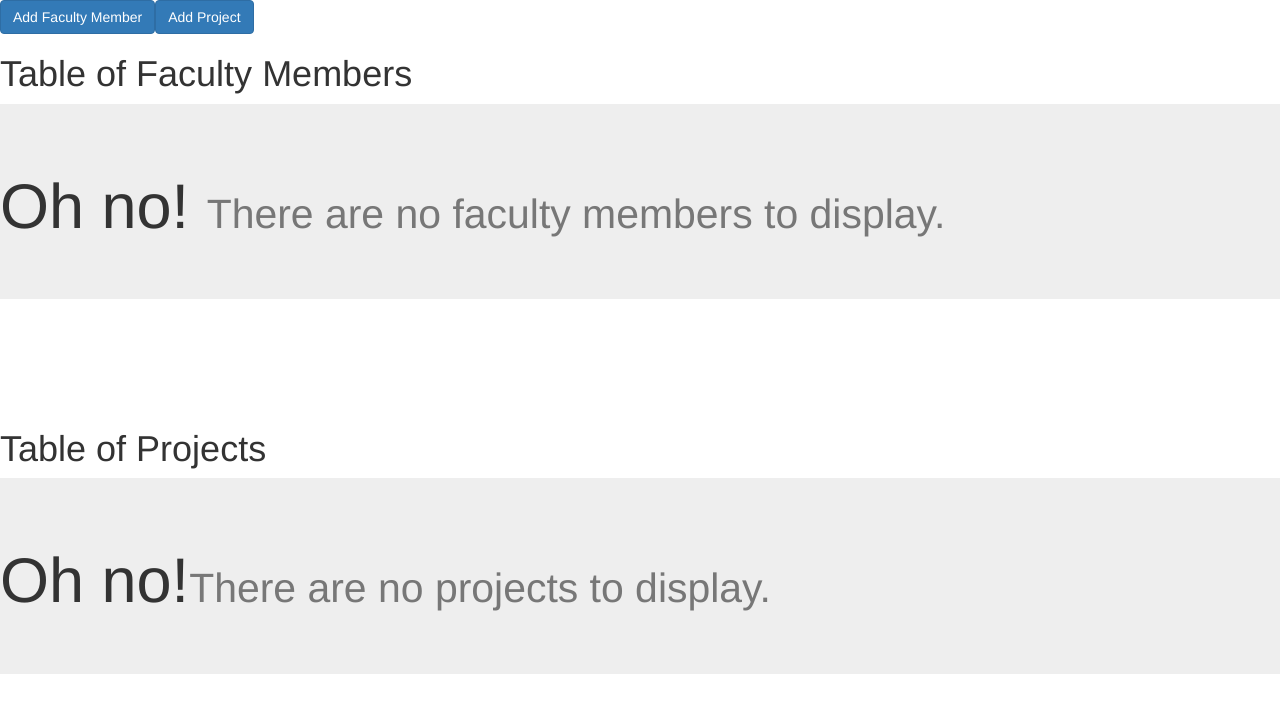
Repository: cpham19/DatabaseSite
Page: http://localhost/database/Table
These files come from the project's save history. The page is drawn as it stood at one moment and after the next save; the edit follows.
The browser window is 1280 px wide. The pictures show the whole page.
The page is served by Tomcat 9. Queries for data that is not in the repository find no rows.

Above is the page before, as saved 2017-07-30 04:44:06.

After the next save:
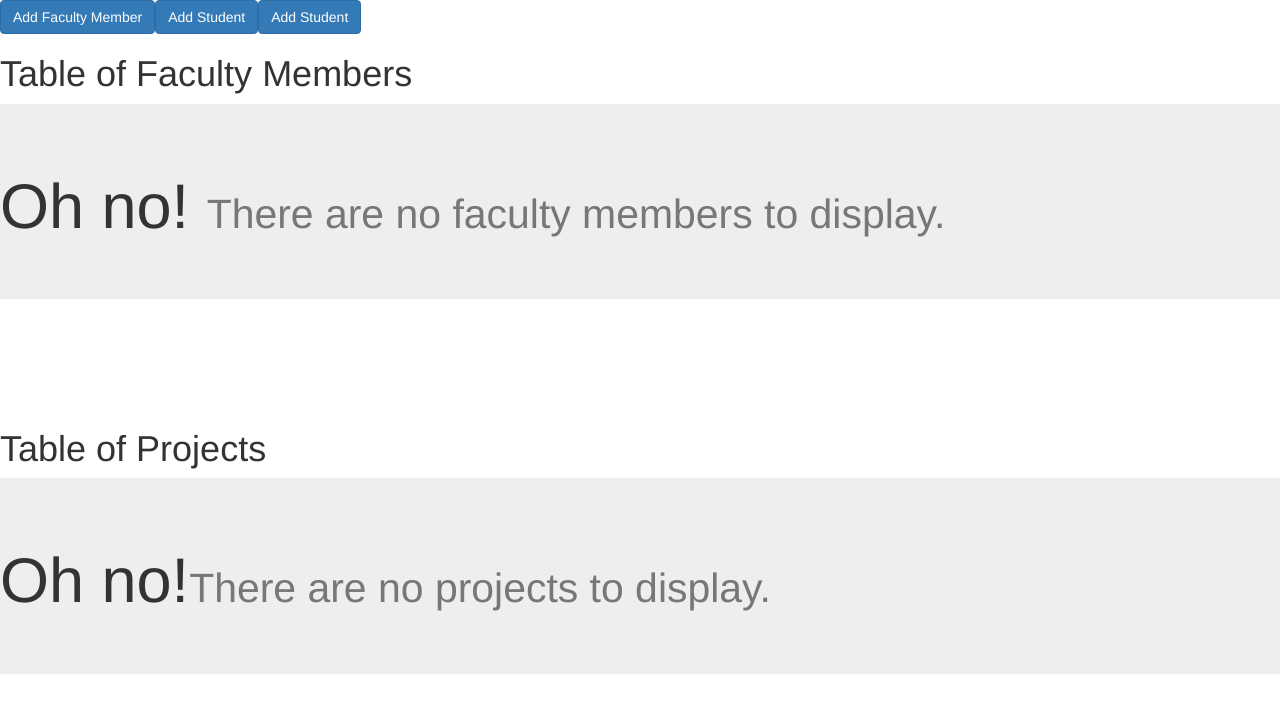
Saved 82 s later.
--- a/database/src/main/webapp/Table.jsp
+++ b/database/src/main/webapp/Table.jsp
@@ -9,7 +9,7 @@
 	<link rel="stylesheet" href="https://maxcdn.bootstrapcdn.com/bootstrap/3.3.7/css/bootstrap.min.css" integrity="sha384-BVYiiSIFeK1dGmJRAkycuHAHRg32OmUcww7on3RYdg4Va+PmSTsz/K68vbdEjh4u" crossorigin="anonymous">
 </head>
 <body>
-	<a href="AddFaculty.jsp" class="btn btn-primary" role="button">Add Faculty Member</a><a href="AddProject.jsp" class="btn btn-primary" role="button">Add Project</a>
+	<a href="AddFaculty.jsp" class="btn btn-primary" role="button">Add Faculty Member</a><a href="AddStudent.jsp" class="btn btn-primary" role="button">Add Student</a><a href="AddStudent.jsp" class="btn btn-primary" role="button">Add Student</a>
 
 	<h1>Table of Faculty Members</h1>
 	<c:if test="${empty faculties}">
